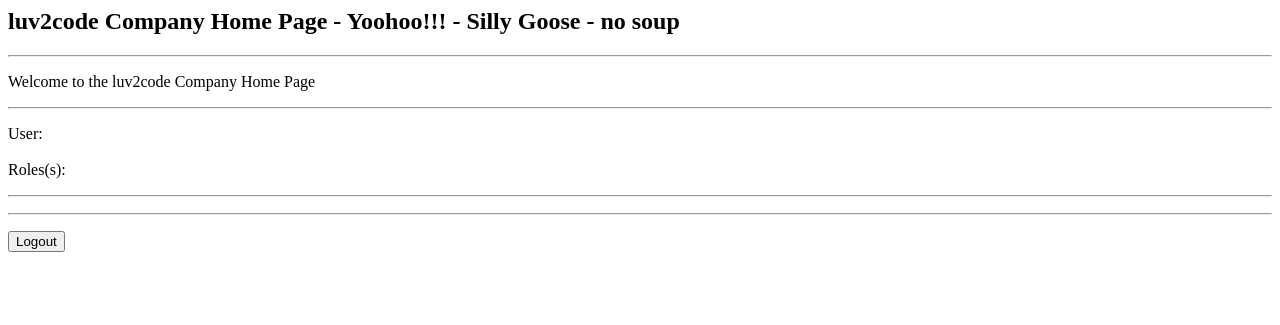
Repository: dchan98/spring-security-demo
Page: http://localhost/spring-security-demo-07-user-roles/WEB-INF/view/home.jsp
These files come from the project's save history. The page is drawn as it stood at one moment and after the next save; the edit follows.
The browser window is 1280 px wide. The pictures show the whole page.
The page is served by Tomcat 9. Nobody is signed in. Other server files are loaded and not shown. The template is opened directly, without the code that normally fills it, so the values that code supplies are empty.

Above is the page before, as saved 2019-02-07 06:05:23.

### spring-security-demo-starter/spring-security-demo-07-user-roles/src/main/webapp/WEB-INF/view/home.jsp
<%@ taglib prefix="form" uri="http://www.springframework.org/tags/form" %>
<%@ taglib prefix="security" uri="http://www.springframework.org/security/tags" %>

<html>
<head>
	<title>luv2code Company Home Page</title>
</head>

<body>
	<h2>luv2code Company Home Page - Yoohoo!!! - Silly Goose - no soup</h2>
	<hr>

	<p>
	Welcome to the luv2code Company Home Page
	</p>

	<hr>
	<!-- display user name and role -->
	<p>
		User: <security:authentication property="principal.username" />
		<br><br>
		Roles(s): <security:authentication property="principal.authorities" />
	</p>

	<hr>

	<!-- Add a link to point to /leaders ... this is for managers -->
	<p>

	</p>

	<hr>


	<!-- Add a link to point to /leaders ... this is for the managers -->
	<form:form action="${pageContext.request.contextPath}/logout" method="POST">

	</form:form>

	<!-- Add a logout button -->
	<form:form action="${pageContext.request.contextPath}/logout"
				method="POST">
		<input type="submit" value="Logout" />
	</form:form>
</body>
</html>

After the next save:
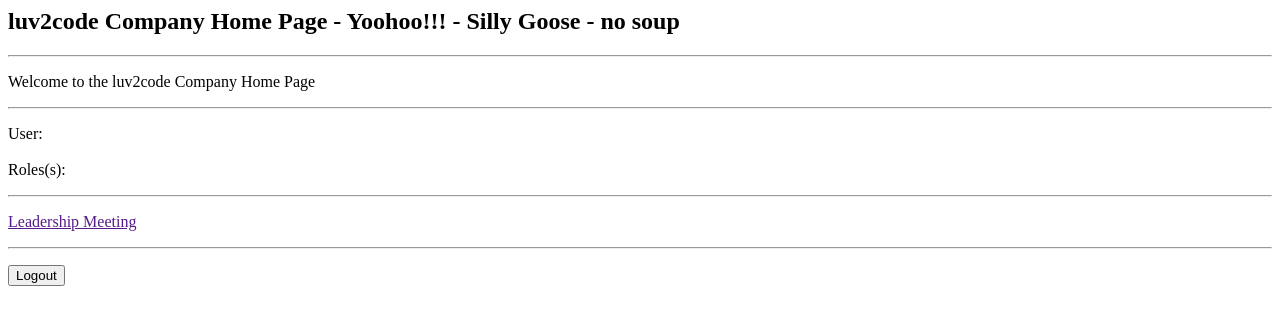
Saved 9 s later.
--- a/spring-security-demo-starter/spring-security-demo-07-user-roles/src/main/webapp/WEB-INF/view/home.jsp
+++ b/spring-security-demo-starter/spring-security-demo-07-user-roles/src/main/webapp/WEB-INF/view/home.jsp
@@ -26,7 +26,7 @@
 
 	<!-- Add a link to point to /leaders ... this is for managers -->
 	<p>
-
+		<a href="">Leadership Meeting</a>
 	</p>
 
 	<hr>
